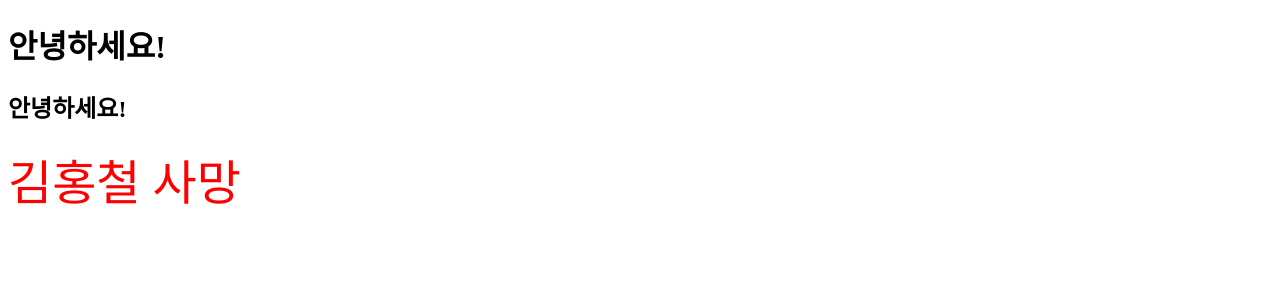
Repository: carminesteel/java
Page: 0403/ex03/WebContent/ex01.html
These files come from the project's save history. The page is drawn as it stood at one moment and after the next save; the edit follows.
The browser window is 1280 px wide. The pictures show the whole page.

Above is the page before, as saved 2020-04-03 07:40:30.

After the next save:
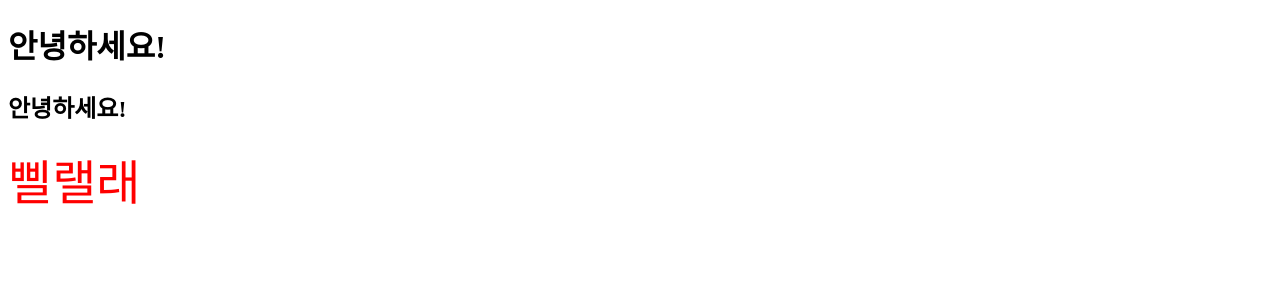
Saved 7 s later.
--- a/0403/ex03/WebContent/ex01.html
+++ b/0403/ex03/WebContent/ex01.html
@@ -7,6 +7,6 @@
 <body>
 	<h1>안녕하세요!</h1>
 	<h2>안녕하세요!</h2>
-	<font color="red" size=30>김홍철 사망</font>
+	<font color="red" size=30>삘랠래</font>
 </body>
 </html>
